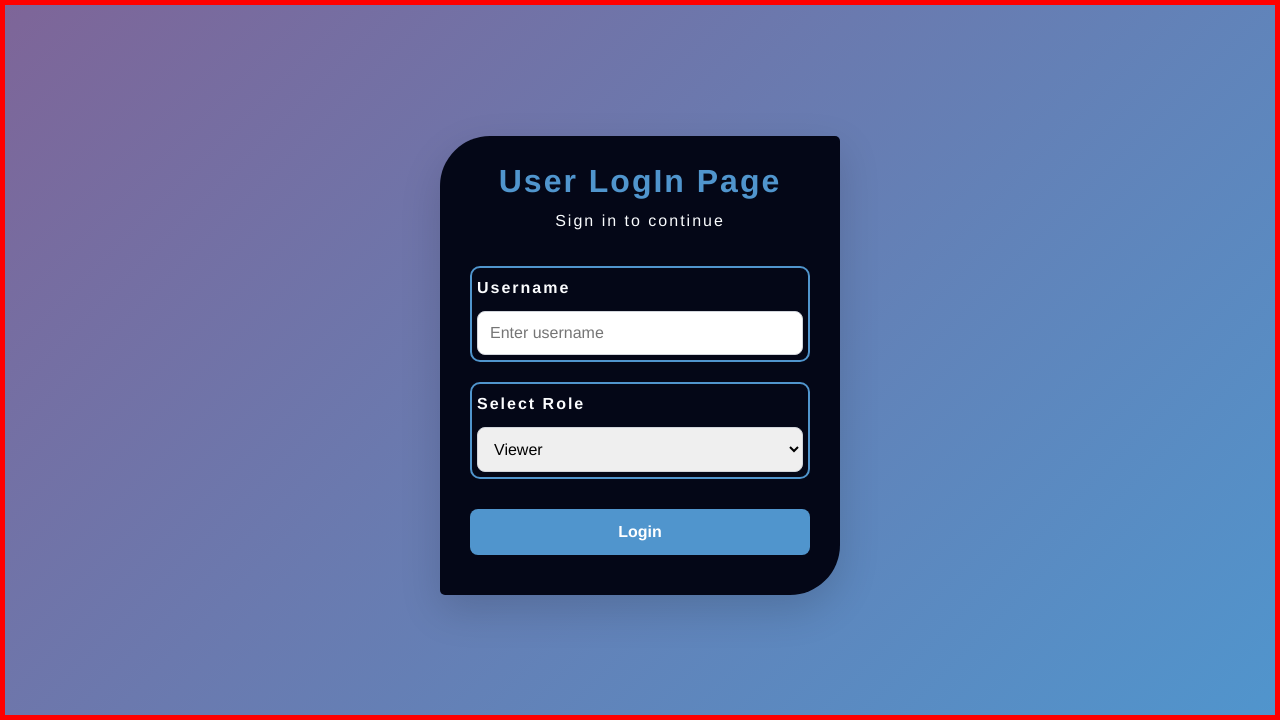
Repository: SolomonChinonso/myUserDashboard
Page: / (app in my-user-dashboard-app/)
These files come from the project's save history. The page is drawn as it stood at one moment and after a run of saves; the edit follows.
The browser window is 1280 px wide. The pictures show the whole page.
The project was rebuilt for these pictures with package versions that can differ from the ones it lists, and the page was loaded fresh each time. Also part of the build but not shown: my-user-dashboard-app/vite.config.ts, my-user-dashboard-app/src/App.css, my-user-dashboard-app/src/pages/global.css, my-user-dashboard-app/src/pages/Dashboard.tsx, my-user-dashboard-app/src/pages/Profile.tsx, my-user-dashboard-app/src/pages/Settings.tsx, my-user-dashboard-app/src/components/Navbar.tsx, my-user-dashboard-app/src/components/ProtectedRoute.tsx.

Above is the page before, as saved 2026-05-31 15:00:33.

After the next 4 saves:
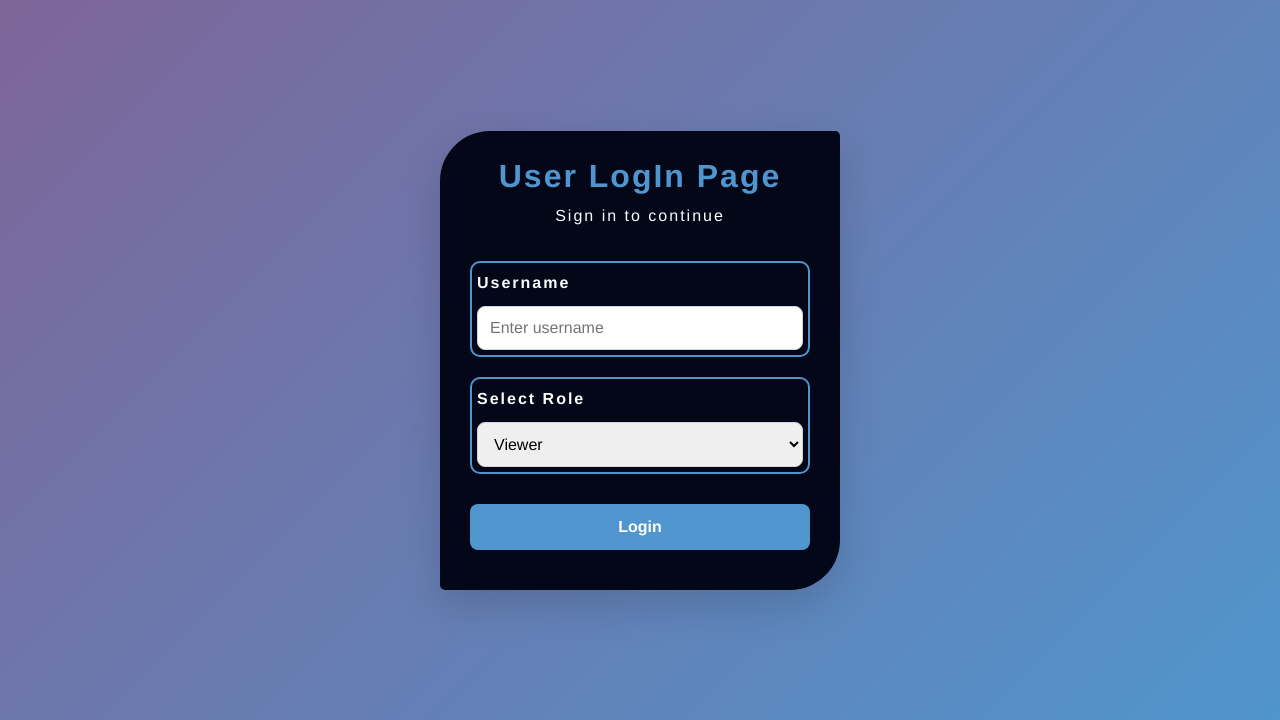
The 4 saves are shown as one change because they came seconds apart.
The last was saved 10 min 43 s later.
--- a/my-user-dashboard-app/src/index.css
+++ b/my-user-dashboard-app/src/index.css
@@ -15,7 +15,5 @@ body{
     #7e6598,
     #5095cd);
     background-repeat:no-repeat;
-    color: #5095cd;;
-    /* padding: 20px; */
-    border: 5px solid red;
+    color: #5095cd;
 }
